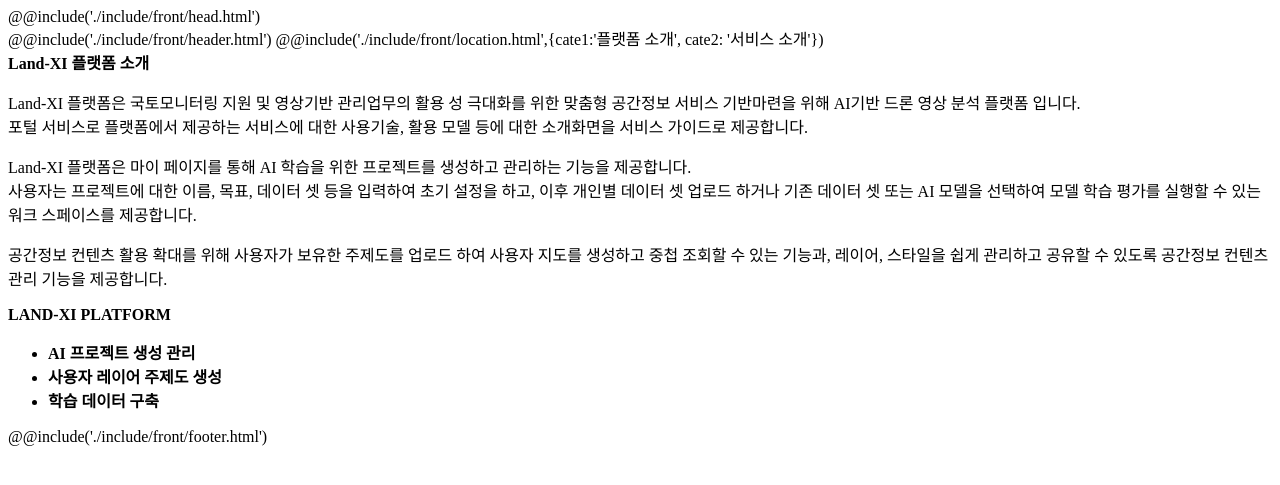
Repository: richosj/landxi
Page: workspace/html/01-01-플랫폼소개-서비스개요-플랫폼소개.html
An editor plug-in stored every save of this project. The page is shown before and after the next save, followed by the edit.
The browser window is 1280 px wide. The pictures show the whole page.

Above is the page before, as saved 2024-07-04 10:26:15.

After the next save:
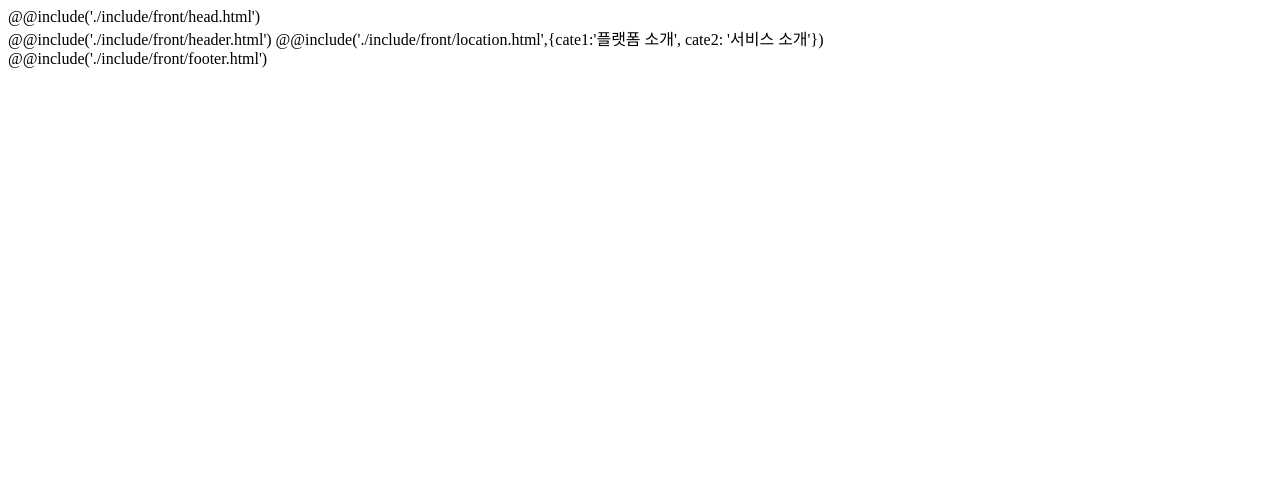
Saved 7 min 23 s later.
--- a/workspace/html/01-01-플랫폼소개-서비스개요-플랫폼소개.html
+++ b/workspace/html/01-01-플랫폼소개-서비스개요-플랫폼소개.html
@@ -11,13 +11,14 @@
 
     <!-- container -->
     <div class="lay-container">
+      <!--
       <div class="cont-pfinfo">
         <div class="cont-pfinfo_text">
           <div class="lay-wrap">
             <strong>Land-XI 플랫폼 소개</strong>
             <p>
               Land-XI 플랫폼은 국토모니터링 지원 및 영상기반 관리업무의 활용 성 극대화를 위한 맞춤형 공간정보 서비스 기반마련을 위해 AI기반 드론 영상 분석 플랫폼  입니다.<br>
-              포털 서비스로 플랫폼에서 제공하는 서비스에 대한 사용기술, 활용 모델 등에 대한 소개화면을  서비스 가이드로 제공합니다.
+              포털 서비스로 플랫폼에서 제공하는 서비스에 대한 사용기술, 활용 모델 등에 대 한 소개화면을  서비스 가이드로 제공합니다.
             </p>
             <p>
               Land-XI 플랫폼은 마이 페이지를 통해 AI 학습을 위한 프로젝트를 생성하고 관리하는 기능을 제공합니다.<br>
@@ -48,8 +49,8 @@
           <div class="cont-gpinfo_bg"></div>
           <div class="cont-gpinfo_bg2"></div>
         </div>
-
       </div>
+      -->
     </div>
     <!--// container -->
 
